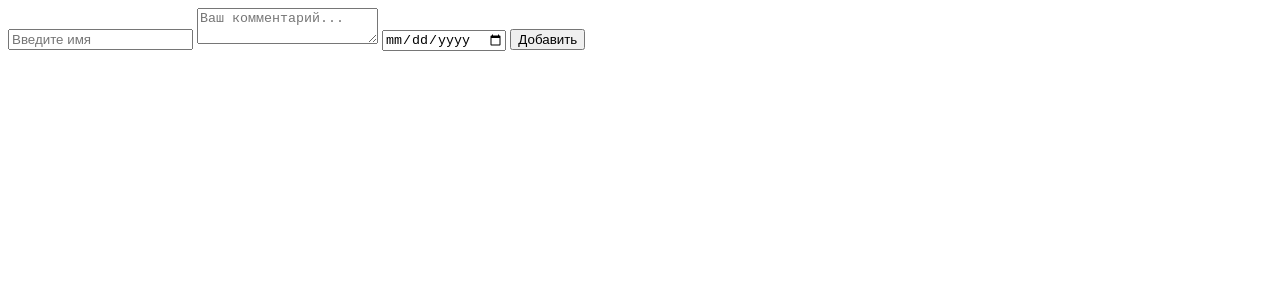
Repository: Grid-Master/commentList
Page: index.html
These files come from the project's save history. The page is drawn as it stood at one moment and after the next save; the edit follows.
The browser window is 1280 px wide. The pictures show the whole page.

Above is the page before, as saved 2023-03-06 21:36:45.

### index.html
<!DOCTYPE html>
<html lang="en">
  <head>
    <meta charset="UTF-8" />
    <meta http-equiv="X-UA-Compatible" content="IE=edge" />
    <meta name="viewport" content="width=device-width, initial-scale=1.0" />
    <title>Comments</title>
  </head>
  <body>
    <form>
      <input type="text" placeholder="Введите имя" />
      <textarea placeholder="Ваш комментарий..."></textarea>
      <input type="date" />
      <button>Добавить</button>
    </form>
  </body>
</html>

After the next save:
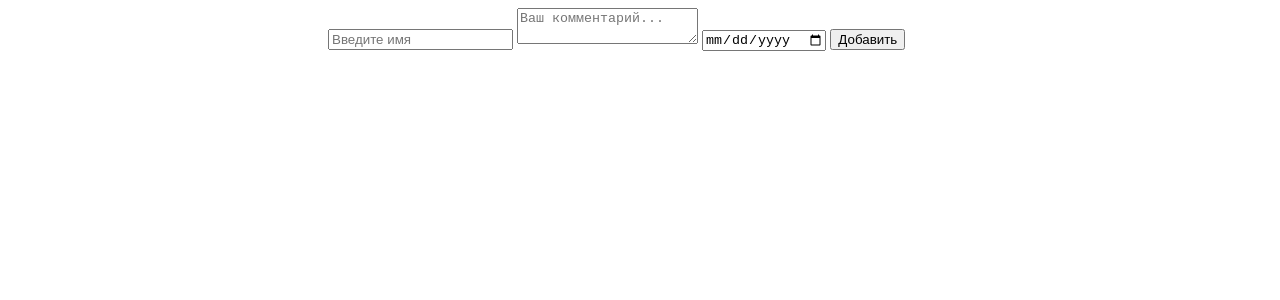
Saved 92 s later.
--- a/index.html
+++ b/index.html
@@ -5,6 +5,12 @@
     <meta http-equiv="X-UA-Compatible" content="IE=edge" />
     <meta name="viewport" content="width=device-width, initial-scale=1.0" />
     <title>Comments</title>
+    <style>
+      form {
+        width: 50vw;
+        margin-left: 25vw;
+      }
+    </style>
   </head>
   <body>
     <form>
